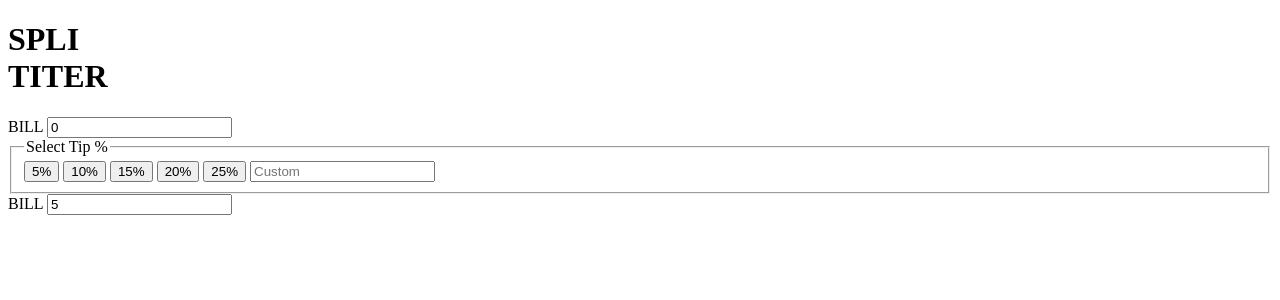
Repository: kellyjohanasalb/calduladora
Page: index.html
An editor plug-in stored every save of this project. The page is shown before and after a run of saves, followed by the edit.
The browser window is 1280 px wide. The pictures show the whole page.

Above is the page before, as saved 2023-08-16 12:44:39.

After the next 5 saves:
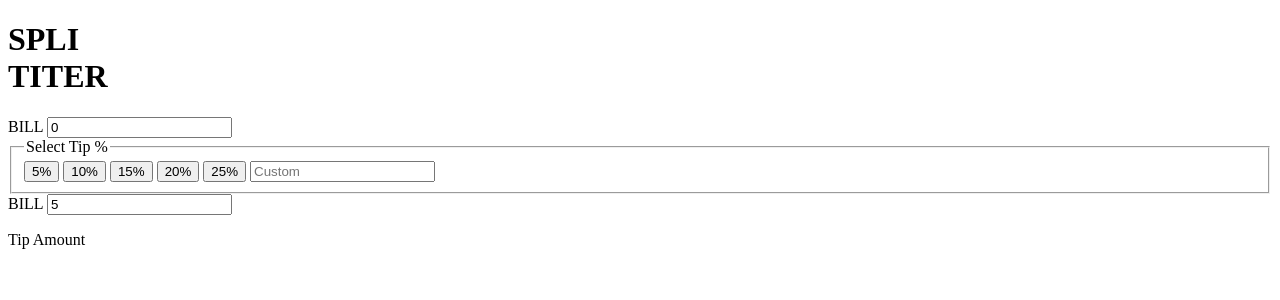
The 5 saves are shown as one change because they came seconds apart.
The last was saved 15 s later.
--- a/index.html
+++ b/index.html
@@ -29,6 +29,7 @@
             <input id="people"  class="inputs-section__bill-input" type="nukber"  value="5">
         </div>
         <div class="result-section">
+            <p>Tip Amount</p>
             <p></p>
         </div>
     </section>
